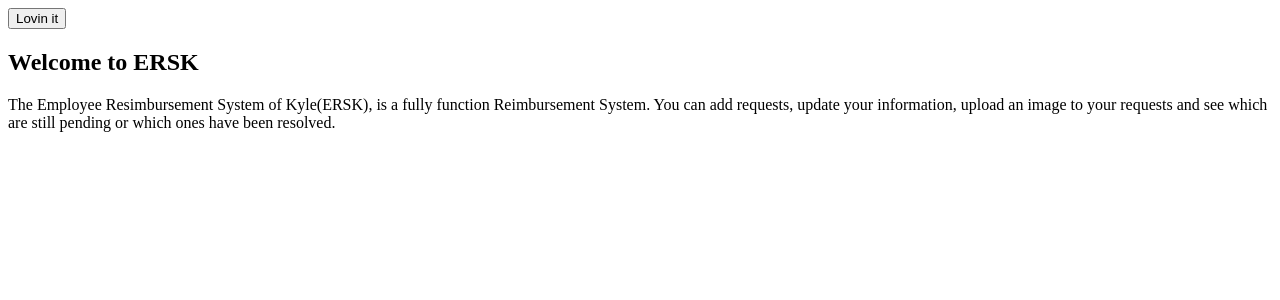
Repository: 1807-mehrab/project-1-KyleAButterfield
Page: ERSK/ERSK/src/main/webapp/EmployeeHomePage.html
The author's editor kept a copy of each file at every save. The page is drawn from the files as they stood at one save, then again after the next save.
The browser window is 1280 px wide. The pictures show the whole page.

Above is the page before, as saved 2018-07-28 02:22:29.

### ERSK/ERSK/src/main/webapp/EmployeeHomePage.html
<!DOCTYPE html>
<html>
<head>
<meta charset="ISO-8859-1">
<title>ERSK-Home Page</title>
	<div id="dashboard'>
	 <input type="button" onClick ="getInfo()" value="Get Info">
	<input type="button" onClick="loadRequests()" value="Lovin it">
	</div>
</head>
<body>
	<div id="body">
	<h2>Welcome to ERSK</h2>
	<p>The Employee Resimbursement System of Kyle(ERSK), is a fully function Reimbursement System.
	 You can add requests, update your information, upload an image to your requests and see which are still pending
	 or which ones have been resolved.   </p>

	</div>
</body>
<script src="functions.js"></script>
</html>

Loaded but not shown: ERSK/ERSK/src/main/webapp/functions.js (no copy from this time; the picture is the same without it)

After the next save:
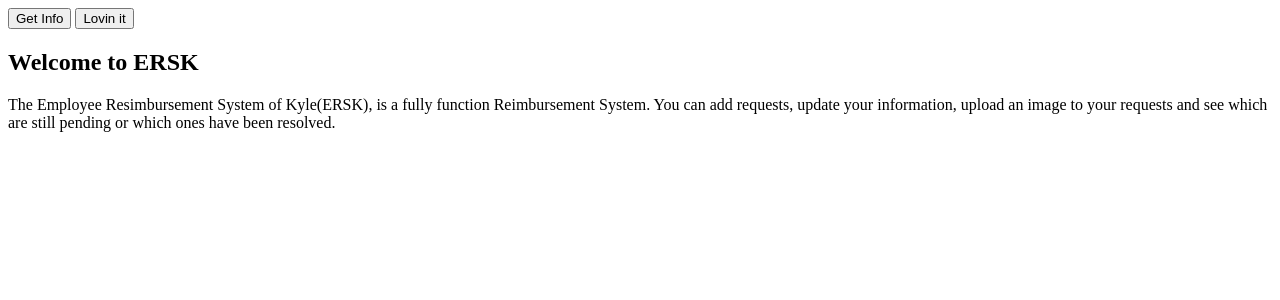
Saved 17 s later.
--- a/ERSK/ERSK/src/main/webapp/EmployeeHomePage.html
+++ b/ERSK/ERSK/src/main/webapp/EmployeeHomePage.html
@@ -3,7 +3,7 @@
 <head>
 <meta charset="ISO-8859-1">
 <title>ERSK-Home Page</title>
-	<div id="dashboard'>
+	<div id="dashboard">
 	 <input type="button" onClick ="getInfo()" value="Get Info">
 	<input type="button" onClick="loadRequests()" value="Lovin it">
 	</div>
